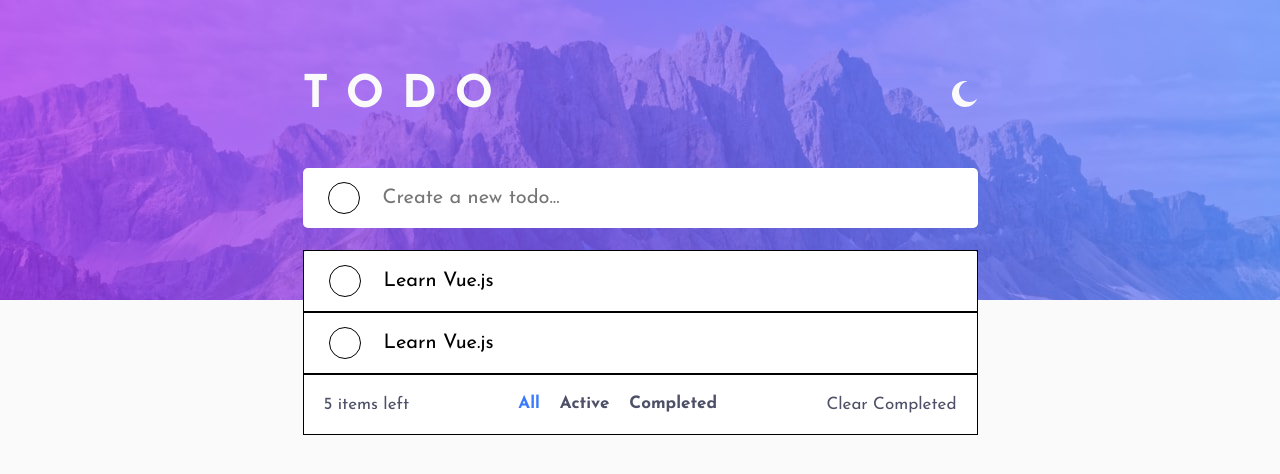
Repository: tomas938/todo-app
Page: /
These files come from the project's save history. The page is drawn as it stood at one moment and after the next save; the edit follows.
The browser window is 1280 px wide. The pictures show the whole page.
The project was rebuilt for these pictures with package versions that can differ from the ones it lists, and the page was loaded fresh each time.

Above is the page before, as saved 2021-08-18 12:04:20.

### src/main.js
import { createApp } from "vue";
import App from "./App.vue";
import router from "./router";

createApp(App)
	.use(router)
	.mount("#app");

### src/App.vue
<template>
	<router-view />
</template>

<style lang="scss">
@import "/src/scss/_variables";
:root {
	.dark {
		--items-bg-color: hsl(235, 24%, 19%);
		--body-bg: hsl(235, 21%, 11%);
	}
	.light {
		--items-bg-color: hsl(0, 0%, 100%);
		--body-bg: hsl(0, 0%, 98%);
	}
}
* {
	margin: 0;
	padding: 0;
	box-sizing: border-box;
}
html {
	font-size: 62.5%;
}
body {
	font-size: 1.8rem;
	font-family: $font-primary;
	background-color: var(--body-bg);
}

li {
	list-style: none;
}
</style>

### src/router/index.js
import { createRouter, createWebHashHistory } from "vue-router";
import Home from "../views/Home.vue";

const routes = [
	{
		path: "/",
		name: "Home",
		component: Home,
	},
];

const router = createRouter({
	history: createWebHashHistory(),
	routes,
});

export default router;

### src/scss/_variables.scss
// LINK COLLORS-PRIMARY //

$primary: hsl(220, 98%, 61%);
$primary-bg: linear-gradient hsl(192, 100%, 67%) to hsl(280, 87%, 65%);

// LINK LIGHT THEME //

$light-gray: hsl(0, 0%, 98%);
$very-light-grayish-blue: hsl(236, 33%, 92%);
$light-grayish-blue: hsl(233, 11%, 84%);
$dark-grayish-blue: hsl(236, 9%, 61%);
$very-dark-grayish-blue: hsl(235, 19%, 35%);

// LINK DARK THEME //

$very-dark-blue: hsl(235, 21%, 11%);
$dark-desaturated-blue: hsl(235, 24%, 19%);
$light-grayish-blue--dark: hsl(234, 39%, 85%);
$light-grayish-blue--dark-hover: hsl(236, 33%, 92%);
$dark-grayish-blue--dark: hsl(234, 11%, 52%);
$very-dark-grayish-blue--dark: hsl(233, 14%, 35%);
$very-dark-grayish-blue--dark-2: hsl(237, 14%, 26%);

// LINK FONT //

@import url("https://fonts.googleapis.com/css2?family=Josefin+Sans:wght@400;700&display=swap");
$font-primary: "Josefin Sans", sans-serif;
$light: 400;
$bold: 700;

### src/views/Home.vue
<template>
	<Header />
	<Todos />
</template>

<script>
import Header from "../components/Header";
import Todos from "../components/Todos.vue";
export default {
	components: {
		Header,
		Todos,
	},
};
</script>
<style lang="scss"></style>

### src/components/Header.vue
<template>
	<header>
		<nav class="nav container">
			<div class="nav__title">
				<h1>todo</h1>
			</div>
			<svg
				v-if="ligth"
				@click="changeTheme"
				class="nav__theme"
				xmlns="http://www.w3.org/2000/svg"
				width="26"
				height="26"
			>
				<path
					fill="#fafafa"
					fill-rule="evenodd"
					d="M13 0c.81 0 1.603.074 2.373.216C10.593 1.199 7 5.43 7 10.5 7 16.299 11.701 21 17.5 21c2.996 0 5.7-1.255 7.613-3.268C23.22 22.572 18.51 26 13 26 5.82 26 0 20.18 0 13S5.82 0 13 0z"
				/>
			</svg>
			<svg
				v-else
				@click="changeTheme"
				xmlns="http://www.w3.org/2000/svg"
				width="26"
				height="26"
			>
				<path
					fill="#fafafa"
					fill-rule="evenodd"
					d="M13 21a1 1 0 011 1v3a1 1 0 11-2 0v-3a1 1 0 011-1zm-5.657-2.343a1 1 0 010 1.414l-2.121 2.121a1 1 0 01-1.414-1.414l2.12-2.121a1 1 0 011.415 0zm12.728 0l2.121 2.121a1 1 0 01-1.414 1.414l-2.121-2.12a1 1 0 011.414-1.415zM13 8a5 5 0 110 10 5 5 0 010-10zm12 4a1 1 0 110 2h-3a1 1 0 110-2h3zM4 12a1 1 0 110 2H1a1 1 0 110-2h3zm18.192-8.192a1 1 0 010 1.414l-2.12 2.121a1 1 0 01-1.415-1.414l2.121-2.121a1 1 0 011.414 0zm-16.97 0l2.121 2.12A1 1 0 015.93 7.344L3.808 5.222a1 1 0 011.414-1.414zM13 0a1 1 0 011 1v3a1 1 0 11-2 0V1a1 1 0 011-1z"
				/>
			</svg>
		</nav>
		<div class="new-todo">
			<input type="text" placeholder="Create a new todo..." />
		</div>
	</header>
</template>

<script>
export default {
	data() {
		return {
			ligth: true,
			body: document.body,
		};
	},
	methods: {
		changeTheme() {
			this.ligth = !this.ligth;
			if (!this.ligth) {
				this.body.classList.remove("light");
				this.body.classList.add("dark");
			} else {
				this.body.classList.remove("dark");
				this.body.classList.add("light");
			}
		},
	},
	mounted() {
		this.body.classList.add("light");
	},
};
</script>

<style lang="scss" scoped>
@import "/src/scss/_variables";

header {
	height: 30rem;
	display: flex;
	flex-direction: column;
	align-items: center;
	justify-content: center;
	gap: 5rem;
	padding: 3rem;
	background-image: url(../assets/bg-desktop-light.jpg);
	background-repeat: no-repeat;
	background-size: cover;
}
.nav {
	max-width: 67.5rem;
	width: 100%;
	display: flex;
	justify-content: space-between;
	align-items: baseline;
	&__title h1 {
		font-size: 4.5rem;
		letter-spacing: 1.8rem;
		text-transform: uppercase;
	}

	svg {
		cursor: pointer;
	}
}
.new-todo {
	max-width: 67.5rem;
	width: 100%;
	position: relative;
	&::before {
		content: "";
		position: absolute;
		top: 50%;
		transform: translateY(-50%);
		left: 2.5rem;
		width: 3rem;
		height: 3rem;
		border-radius: 50%;
		border: 1px solid black;
	}
}
input {
	width: 100%;
	outline: none;
	border: none;
	padding: 2rem;
	padding-left: 8rem;
	border-radius: 0.5rem;
	font-size: 2rem;
	font-family: $font-primary;
	font-weight: $light;
}
h1 {
	color: $light-gray;
}
</style>

### src/components/Todos.vue
<template>
	<main>
		<ul class="todos">
			<li class="todo-item">
				<span>Learn Vue.js</span>
			</li>
			<li class="todo-item">
				<span>Learn Vue.js</span>
			</li>
			<div class="filters">
				<div class="items-left">
					<span>5 items left</span>
				</div>
				<div class="filter">
					<span>All</span>
					<span>Active</span>
					<span>Completed</span>
				</div>
				<div class="clear">
					<span>Clear Completed</span>
				</div>
			</div>
		</ul>
	</main>
</template>

<script>
export default {};
</script>

<style lang="scss" scoped>
@import "/src/scss/_variables";

main {
	display: flex;
	justify-content: center;
	transform: translateY(-5rem);
}
.todos {
	max-width: 67.5rem;
	width: 100%;
	border-radius: 0.5rem;
	background-color: var(--items-bg-color);
}
.todo-item {
	position: relative;
	width: 100%;
	padding: 2rem;
	padding-left: 8rem;
	font-size: 2rem;
	font-family: $font-primary;
	font-weight: $light;
	border: 1px solid black;

	// FIXME maybe group styling //
	&::before {
		cursor: pointer;
		content: "";
		position: absolute;
		top: 50%;
		transform: translateY(-50%);
		left: 2.5rem;
		width: 3rem;
		height: 3rem;
		border-radius: 50%;
		border: 1px solid black;
	}
	&::after {
		opacity: 0;
		cursor: pointer;
		content: "";
		position: absolute;
		right: 2.5rem;
		width: 2.6rem;
		height: 2.6rem;
		background-image: url(../assets/icon-cross.svg);
		background-repeat: no-repeat;
	}
	&:hover:after {
		transition: opacity 0.5s ease-in-out;
		opacity: 1;
	}
}
.filters {
	display: flex;
	justify-content: space-between;
	border: 1px solid black;
	padding: 2rem;
	.filter {
		display: flex;
		gap: 2rem;
		span {
			font-weight: $bold;
			&:first-child {
				color: $primary;
			}
		}
	}
	.items-left {
		span {
			cursor: auto;
		}
	}
	span {
		color: $very-dark-grayish-blue--dark;
		cursor: pointer;
		font-size: 1.7rem;
	}
}
</style>

Loaded but not shown: public/index.html (common file)

After the next save:
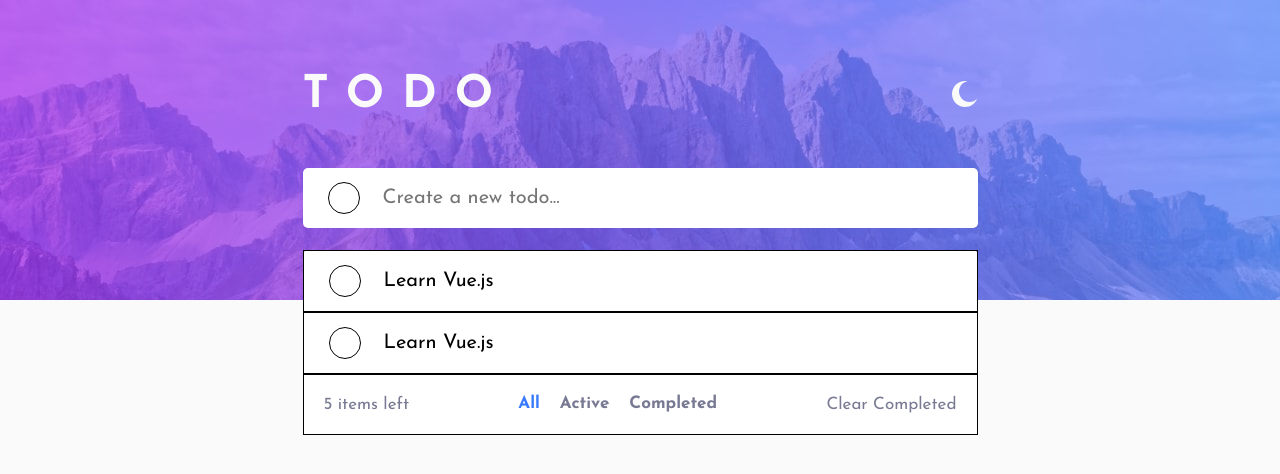
Saved 26 s later.
--- a/src/components/Todos.vue
+++ b/src/components/Todos.vue
@@ -102,7 +102,7 @@ main {
 		}
 	}
 	span {
-		color: $very-dark-grayish-blue--dark;
+		color: $dark-grayish-blue--dark;
 		cursor: pointer;
 		font-size: 1.7rem;
 	}
